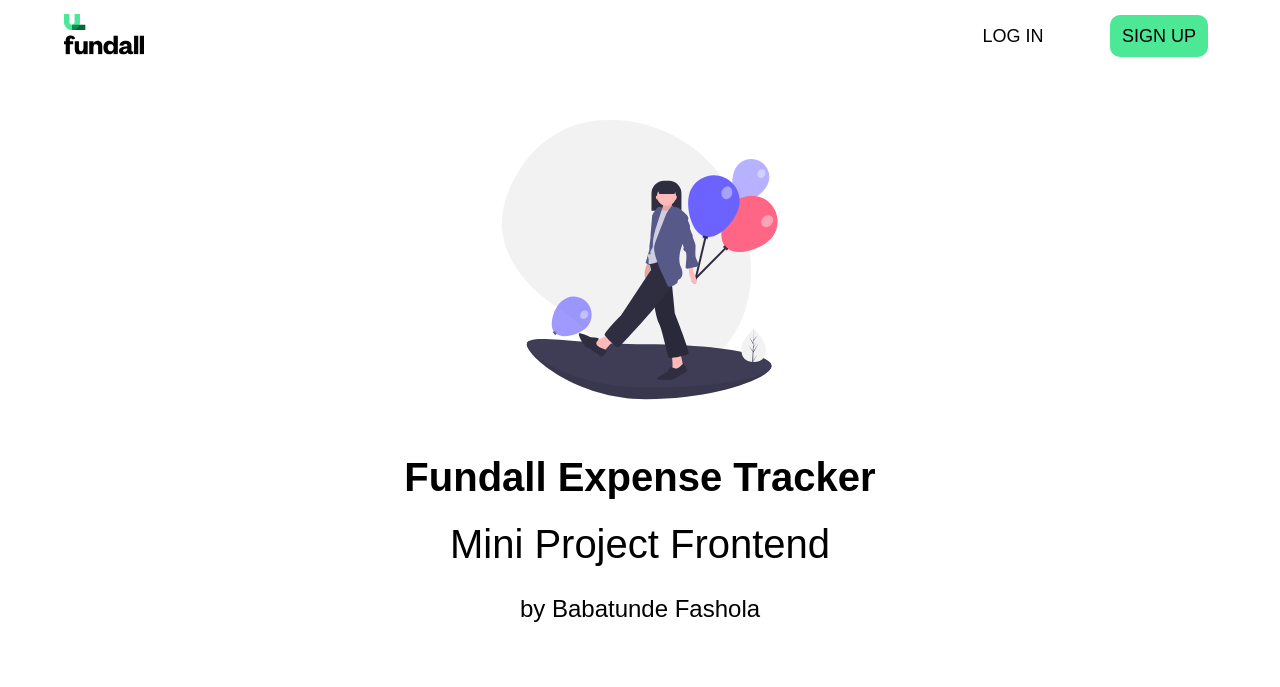
Repository: nilesjamex/niffty
Page: /
These files come from the project's save history. The page is drawn as it stood at one moment and after the next save; the edit follows.
The browser window is 1280 px wide. The pictures show the whole page.
The project was rebuilt for these pictures with package versions that can differ from the ones it lists, and the page was loaded fresh each time.

Above is the page before, as saved 2022-04-16 17:16:18.

After the next save:
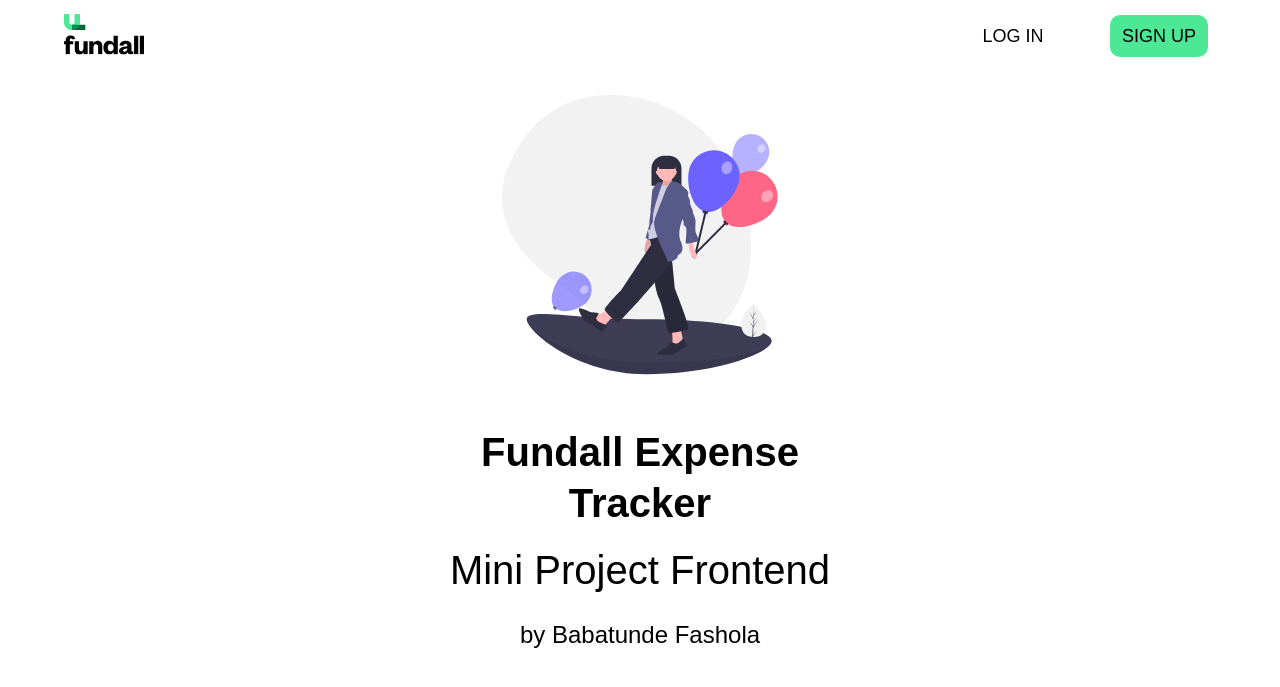
Saved 43 s later.
--- a/src/views/Home.vue
+++ b/src/views/Home.vue
@@ -48,6 +48,7 @@
   margin: 3rem 0;
   .home--text--content {
     max-width: 100vw;
+    width: min(500px, 90%);
     margin: 0 auto;
     h2 {
     margin: 0 auto;

After the save that followed:
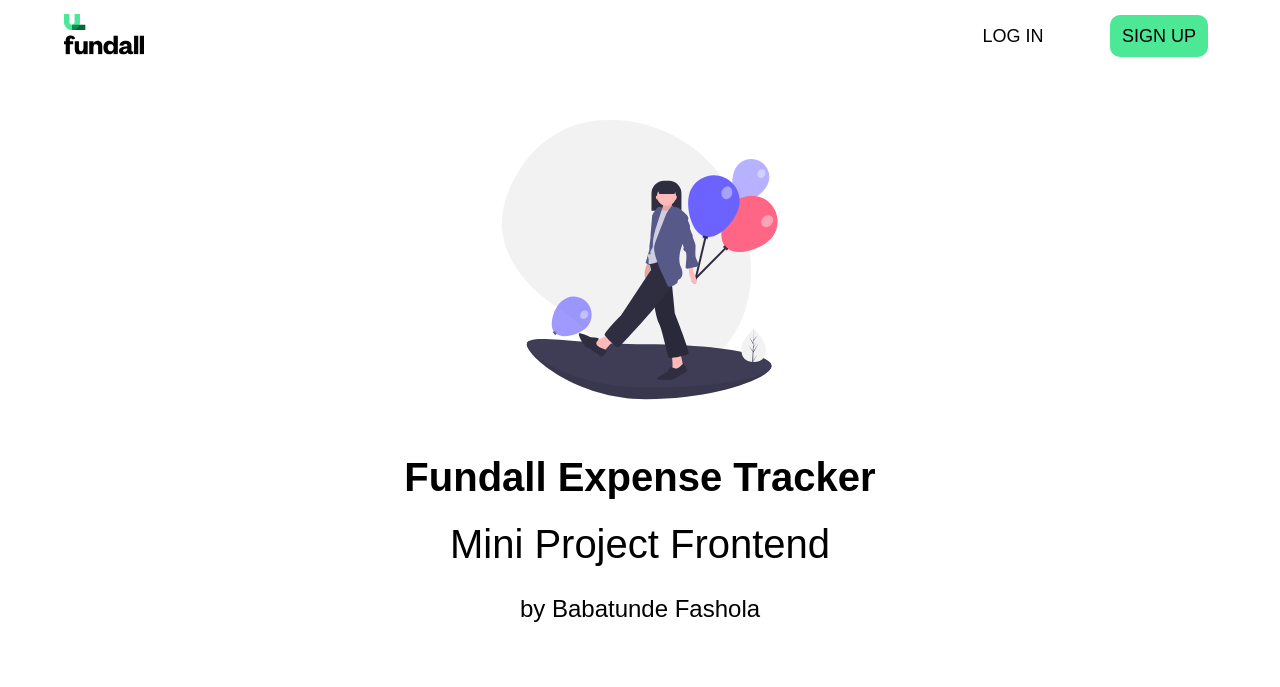
Saved 20 s later.
--- a/src/views/Home.vue
+++ b/src/views/Home.vue
@@ -48,7 +48,6 @@
   margin: 3rem 0;
   .home--text--content {
     max-width: 100vw;
-    width: min(500px, 90%);
     margin: 0 auto;
     h2 {
     margin: 0 auto;
